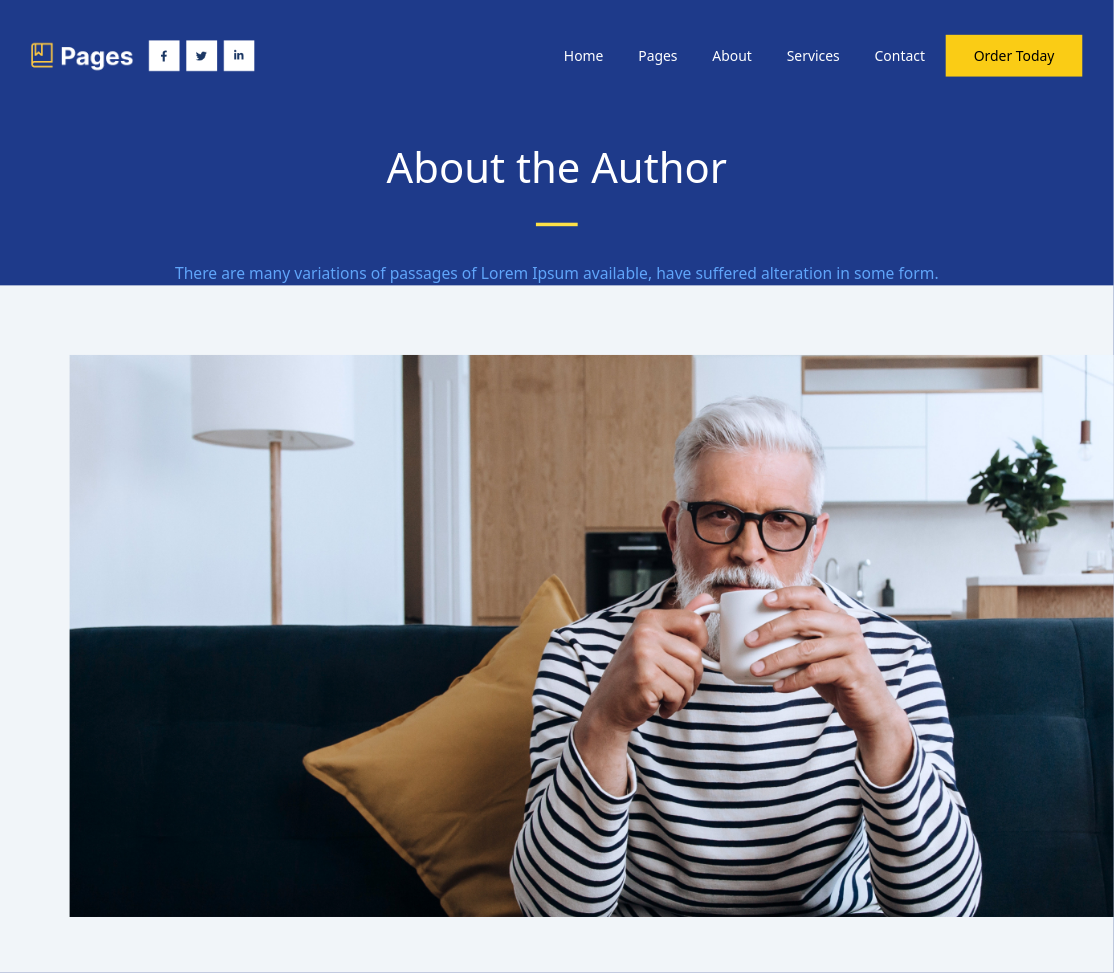
Repository: Godnorg/Class3
Page: index.html
These files come from the project's save history. The page is drawn as it stood at one moment and after the next save; the edit follows.
The browser window is 1280 px wide. The pictures show the whole page, at 87% of full size.
Some web libraries are served in a nearby version.

Above is the page before, as saved 2023-02-18 18:58:40.

After the next save:
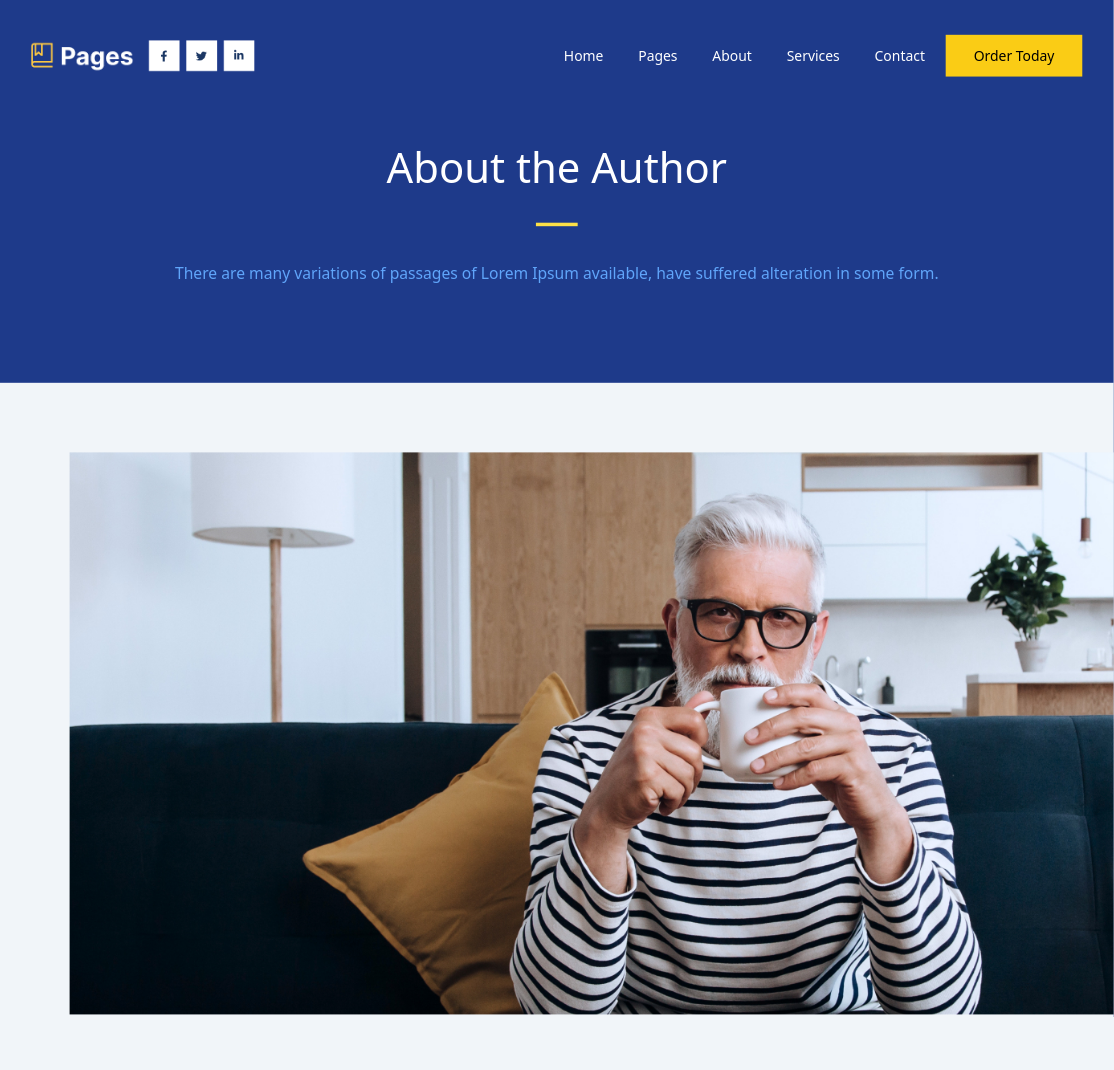
Saved 15 s later.
--- a/index.html
+++ b/index.html
@@ -29,7 +29,7 @@
         <div
             class="items-center w-12 h-1 mx-auto text-center bg-yellow-300">
         </div>
-        <p class="items-center pt-10 mx-auto text-lg text-center text-blue-400 pb-">There are many variations of passages of Lorem Ipsum available, have suffered alteration in some form.</p>
+        <p class="items-center pt-10 mx-auto text-lg text-center text-blue-400 pb-28">There are many variations of passages of Lorem Ipsum available, have suffered alteration in some form.</p>
     </div>
     <div class="pb-16 bg-slate-100">
         <div class="relative w-full pt-20 pl-20 mx-auto bg-color-white max-w-7xl">
